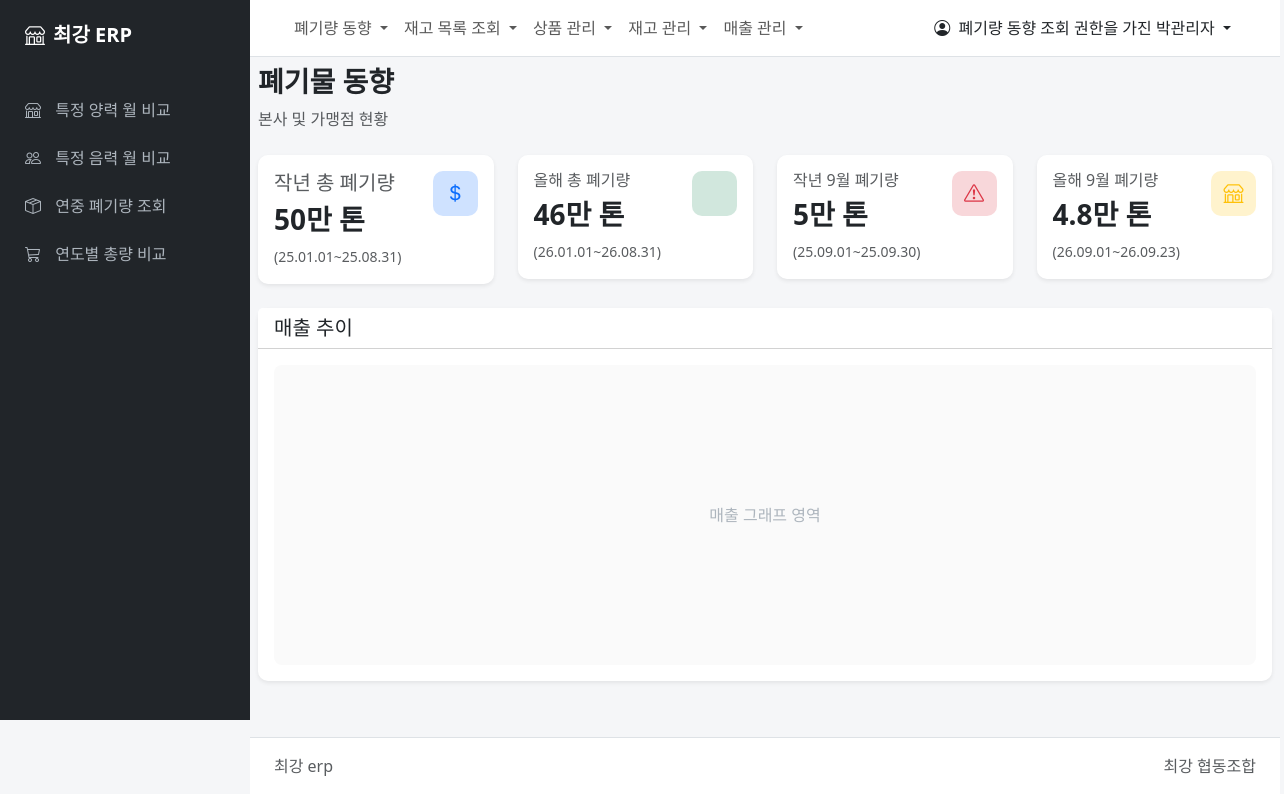
Repository: nojong99/kosta
Page: 32_MVCModel2/src/main/webapp/wasteTrends.html
The author's editor kept a copy of each file at every save. The page is drawn from the files as they stood at one save, then again after a run of saves.
The browser window is 1280 px wide. The page is 1284 px wide, so the pictures cover 1284 px, including what lies to the right of the window. The pictures show the whole page.

Above is the page before, as saved 2026-09-23 03:26:43.

### 32_MVCModel2/src/main/webapp/wasteTrends.html
<!DOCTYPE html>
<html lang="ko">

<head>
    <meta charset="UTF-8">
    <meta name="viewport" content="width=device-width, initial-scale=1">

    <title>최강 ERP</title>

    <link
        href="https://cdn.jsdelivr.net/npm/bootstrap@5.3.8/dist/css/bootstrap.min.css"
        rel="stylesheet">
    <link
        rel="stylesheet"
        href="https://cdn.jsdelivr.net/npm/bootstrap-icons@1.13.1/font/bootstrap-icons.min.css">
	<link rel="stylesheet" href="css/wasteTrends.css">


</head>


<body>

<div class="sidebar">

    <div class="logo">

        <i class="bi bi-shop me-2"></i>

        <span>최강 ERP</span>

    </div>


    <ul class="nav flex-column mt-3">


        <li class="nav-item">

            <a class="nav-link" href="#">

                <i class="bi bi-shop"></i>

                <span>특정 양력 월 비교</span>

            </a>

        </li>

        <li class="nav-item">

            <a class="nav-link" href="#">

                <i class="bi bi-people"></i>

                <span>특정 음력 월 비교</span>

            </a>

        </li>

        <li class="nav-item">

            <a class="nav-link" href="#">

                <i class="bi bi-box-seam"></i>

                <span>연중 폐기량 조회</span>

            </a>

        </li>

        <li class="nav-item">

            <a class="nav-link" href="#">

                <i class="bi bi-cart3"></i>

                <span>연도별 총량 비교</span>

            </a>

        </li>



    </ul>

</div>



<!-- ==================================================
     MAIN
================================================== -->

<div class="main">

    <nav class="navbar navbar-expand-lg bg-white border-bottom px-4">

    <div class="container-fluid">
        <ul class="navbar-nav me-auto mb-2 mb-lg-0">

            <li class="nav-item dropdown">

                <a class="nav-link dropdown-toggle"
                   href="#"
                   role="button"
                   data-bs-toggle="dropdown">

                    폐기량 동향

                </a>

                <ul class="dropdown-menu">

                    <li>
                        <a class="dropdown-item" href="#">
                        </a>
                    </li>

                </ul>

            </li>

            <li class="nav-item dropdown">

                <a class="nav-link dropdown-toggle"
                   href="#"
                   role="button"
                   data-bs-toggle="dropdown">

                    재고 목록 조회

                </a>

            </li>


            <!-- 상품 관리 -->
            <li class="nav-item dropdown">

                <a class="nav-link dropdown-toggle"
                   href="#"
                   role="button"
                   data-bs-toggle="dropdown">

                    상품 관리

                </a>

                <ul class="dropdown-menu">

                    <li>
                        <a class="dropdown-item" href="#">
                            상품 조회
                        </a>
                    </li>

                    <li>
                        <a class="dropdown-item" href="#">
                            상품 등록
                        </a>
                    </li>

                </ul>

            </li>


            <!-- 재고 관리 -->
            <li class="nav-item dropdown">

                <a class="nav-link dropdown-toggle"
                   href="#"
                   role="button"
                   data-bs-toggle="dropdown">

                    재고 관리

                </a>

                <ul class="dropdown-menu">

                    <li>
                        <a class="dropdown-item" href="#">
                            재고 조회
                        </a>
                    </li>

                    <li>
                        <a class="dropdown-item" href="#">
                            재고 변동 내역
                        </a>
                    </li>

                    <li>
                        <a class="dropdown-item" href="#">
                            폐기량 동향
                        </a>
                    </li>

                </ul>

            </li>


            <!-- 매출 관리 -->
            <li class="nav-item dropdown">

                <a class="nav-link dropdown-toggle"
                   href="#"
                   role="button"
                   data-bs-toggle="dropdown">

                    매출 관리

                </a>

                <ul class="dropdown-menu">

                    <li>
                        <a class="dropdown-item" href="#">
                            매출 조회
                        </a>
                    </li>

                    <li>
                        <a class="dropdown-item" href="#">
                            매출 통계
                        </a>
                    </li>

                </ul>

            </li>

        </ul>


        <!-- 사용자 -->
        <div class="dropdown">

            <button
                class="btn dropdown-toggle"
                data-bs-toggle="dropdown">

                <i class="bi bi-person-circle me-1"></i>

                폐기량 동향 조회 권한을 가진 박관리자

            </button>


            <ul class="dropdown-menu dropdown-menu-end">

                <li>
                    <a class="dropdown-item" href="#">
                        프로필
                    </a>
                </li>

                <li>
                    <a class="dropdown-item" href="#">
                        설정
                    </a>
                </li>

                <li>
                    <hr class="dropdown-divider">
                </li>

                <li>
                    <a class="dropdown-item" href="#">
                        로그아웃
                    </a>
                </li>

            </ul>

        </div>

    </div>

</nav>



    <main class="container-fluid p-2">

        <div class="mb-4">

            <h3 class="fw-bold">
                폐기물 동향
            </h3>

            <p class="text-muted mb-0">
                본사 및 가맹점 현황
            </p>

        </div>

        <div class="row g-4 mb-4">
            <div class="col-12 col-sm-6 col-xl-3">

                <div class="card dashboard-card shadow-sm">

                    <div class="card-body">

                        <div class="d-flex justify-content-between">

                            <div>

                                <h5 class="text-muted">
                                    작년 총 폐기량
                                </h5 >

                                <h3 class="fw-bold">
                                    50만 톤
                                </h3>

                            </div>


                            <div class="dashboard-icon bg-primary-subtle text-primary">

                                <i class="bi bi-currency-dollar"></i>

                            </div>

                        </div>

                        <small class="text-muted">
                            (25.01.01~25.08.31)
                        </small>

                    </div>

                </div>

            </div>

            <div class="col-12 col-sm-6 col-xl-3">

                <div class="card dashboard-card shadow-sm">

                    <div class="card-body">

                        <div class="d-flex justify-content-between">

                            <div>

                                <h6 class="text-muted">
                                    올해 총 폐기량
                                </h6>

                                <h3 class="fw-bold">
                                    46만 톤
                                </h3>

                            </div>


                            <div class="dashboard-icon bg-success-subtle text-success">

                            </div>

                        </div>

                        <small class="text-muted">
                            (26.01.01~26.08.31)
                        </small>

                    </div>

                </div>

            </div>

            <div class="col-12 col-sm-6 col-xl-3">

                <div class="card dashboard-card shadow-sm">

                    <div class="card-body">

                        <div class="d-flex justify-content-between">

                            <div>

                                <h6 class="text-muted">
									작년 9월 폐기량
                                </h6>

                                <h3 class="fw-bold">
                                    5만 톤
                                </h3>

                            </div>


                            <div class="dashboard-icon bg-danger-subtle text-danger">

                                <i class="bi bi-exclamation-triangle"></i>

                            </div>

                        </div>

                        <small class="text-muted">
                            (25.09.01~25.09.30)
                        </small>

                    </div>

                </div>

            </div>

            <div class="col-12 col-sm-6 col-xl-3">

                <div class="card dashboard-card shadow-sm">

                    <div class="card-body">

                        <div class="d-flex justify-content-between">

                            <div>

                                <h6 class="text-muted">
                                    올해 9월 폐기량
                                </h6>

                                <h3 class="fw-bold">
                                    4.8만 톤
                                </h3>

                            </div>


                            <div class="dashboard-icon bg-warning-subtle text-warning">

                                <i class="bi bi-shop"></i>

                            </div>

                        </div>

                        <small class="text-muted">
							(26.09.01~26.09.23)
                        </small>

                    </div>

                </div>

            </div>

        </div>



        <!-- ==================================================
             2. 매출 / 재고
        ================================================== -->

        <div class="row g-4 mb-4">


            <!-- 매출 그래프 -->

            <div class="col-12">

                <div class="card dashboard-card shadow-sm">

                    <div class="card-header bg-white">

                        <h5 class="mb-0">
                            매출 추이
                        </h5>

                    </div>

                    <div class="card-body">

                        <div class="chart-area">

                            <span>
                                매출 그래프 영역
                            </span>

                        </div>

                    </div>

                </div>

            </div>

    </main>



    <!-- ==================================================
         FOOTER
    ================================================== -->

    <footer class="py-3 mt-4 bg-white border-top">

        <div class="container-fluid px-4">

            <div class="d-flex justify-content-between">

                <span class="text-muted">
                    최강 erp
                </span>

                <span class="text-muted">
                    최강 협동조합
                </span>

            </div>

        </div>

    </footer>


</div>



<!-- Bootstrap 5 JS -->

<script
    src="https://cdn.jsdelivr.net/npm/bootstrap@5.3.8/dist/js/bootstrap.bundle.min.js">
</script>


</body>

</html>

### 32_MVCModel2/src/main/webapp/css/wasteTrends.css
@charset "UTF-8";


body {
    background-color: #f5f6f8;
}

/* 사이드바 */
.sidebar {
    width: 250px;
    min-height: 100vh;
    background-color: #212529;
    position: fixed;
    left: 0;
    top: 0;
}

.sidebar .logo {
    height: 70px;
    display: flex;
    align-items: center;
    padding: 0 25px;
    font-size: 20px;
    font-weight: bold;
    color: white;
}

.sidebar .nav-link {
    color: #adb5bd;
    padding: 12px 25px;
}
.navbar .dropdown:hover > .dropdown-menu {
    display: block;
}
.navbar .dropdown-menu {
    margin-top: 0;
}


.sidebar .nav-link:hover,
.sidebar .nav-link.active {
    color: white;
    background-color: #343a40;
}

.sidebar .nav-link i {
    margin-right: 10px;
}

/* 메인 */
.main {
    margin-left: 250px;
    min-height: 100vh;
}

/* 상단바 */
.topbar {
    height: 70px;
    background-color: white;
    border-bottom: 1px solid #dee2e6;
}

/* 카드 */
.dashboard-card {
    border: none;
    border-radius: 10px;
}

.dashboard-icon {
    width: 45px;
    height: 45px;
    border-radius: 10px;

    display: flex;
    align-items: center;
    justify-content: center;

    font-size: 20px;
}

/* 차트 영역 */
.chart-area {
    height: 300px;

    display: flex;
    align-items: center;
    justify-content: center;

    color: #adb5bd;
    background-color: #fafafa;
    border-radius: 8px;
}

/* 빈 데이터 */
.empty-data {
    height: 150px;

    display: flex;
    align-items: center;
    justify-content: center;

    color: #adb5bd;
}

@media (max-width: 768px) {

    .sidebar {
        width: 70px;
    }

    .sidebar .logo span,
    .sidebar .nav-link span {
        display: none;
    }

    .sidebar .nav-link {
        text-align: center;
        padding: 15px 0;
    }

    .sidebar .nav-link i {
        margin: 0;
    }

    .main {
        margin-left: 70px;
    }

}

After the next 2 saves:
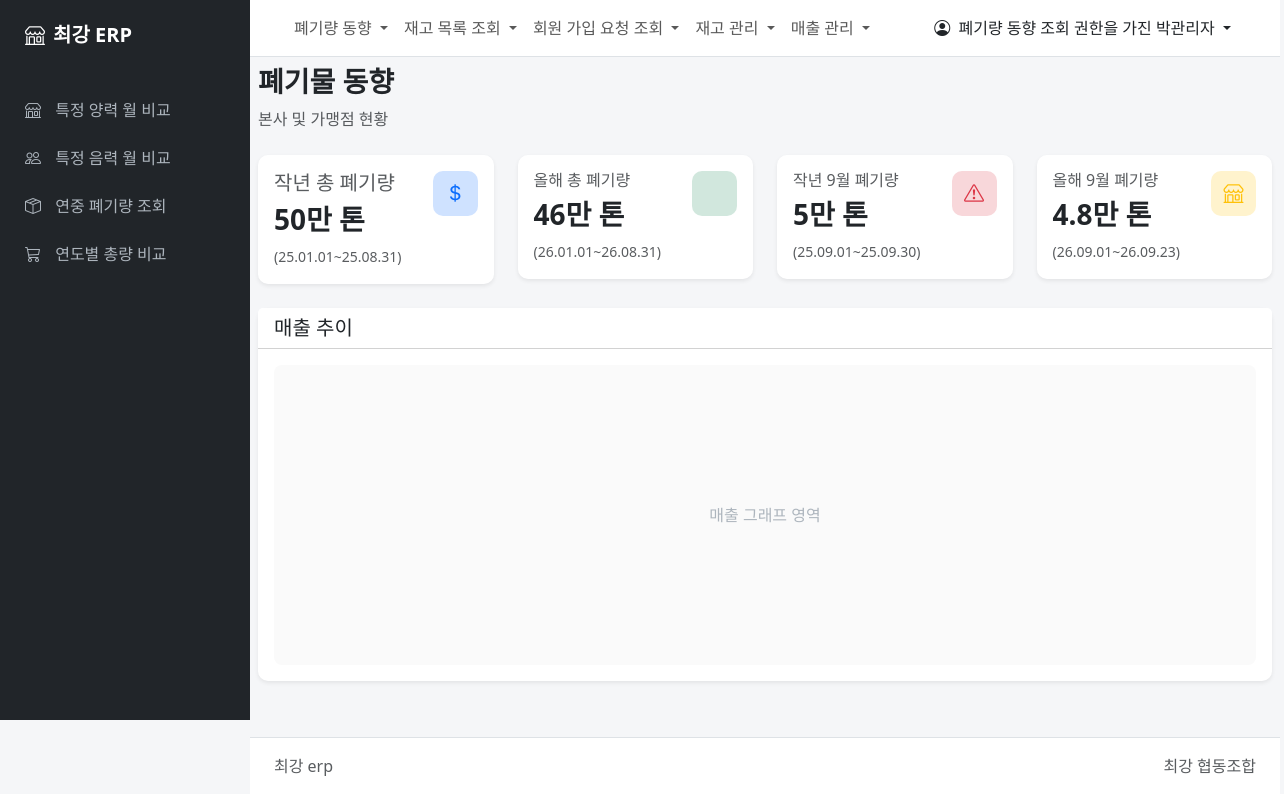
The 2 saves are shown as one change because they came seconds apart.
The last was saved 8 s later.
--- a/32_MVCModel2/src/main/webapp/wasteTrends.html
+++ b/32_MVCModel2/src/main/webapp/wasteTrends.html
@@ -136,9 +136,6 @@
                 </a>
 
             </li>
-
-
-            <!-- 상품 관리 -->
             <li class="nav-item dropdown">
 
                 <a class="nav-link dropdown-toggle"
@@ -146,7 +143,7 @@
                    role="button"
                    data-bs-toggle="dropdown">
 
-                    상품 관리
+                    회원 가입 요청 조회
 
                 </a>
 
